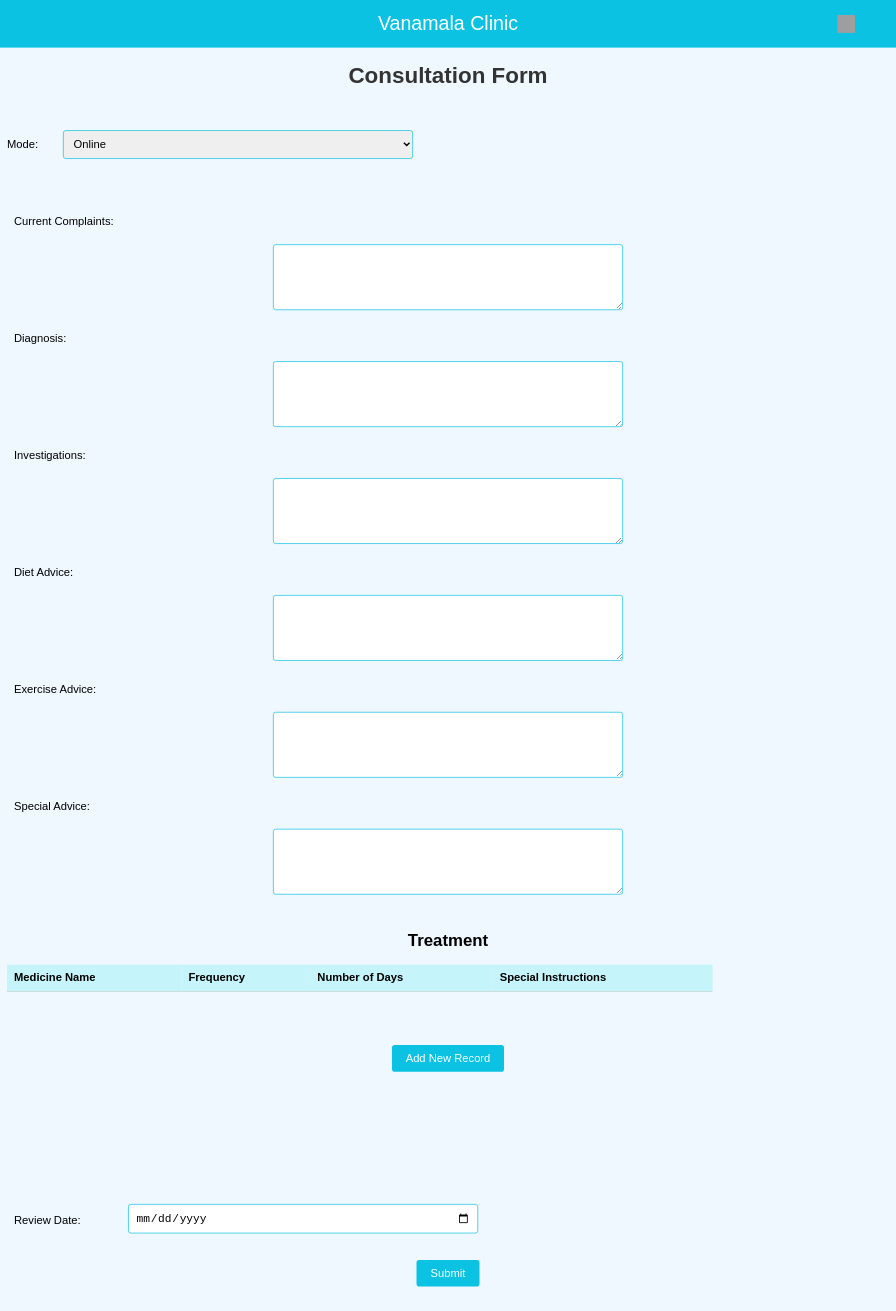
Repository: Praadnya/MEDICAL_CLINIC_WEBSITE
Page: http://localhost/consultation
The author's editor kept a copy of each file at every save. The page is drawn from the files as they stood at one save, then again after the next save.
The browser window is 1280 px wide. The pictures show the whole page, at 70% of full size.
Pictures or frames that could not be fetched are drawn as grey boxes. Some web fonts or font styles are not loaded; a fallback is used. The page is this project's Thymeleaf template; nobody is signed in. The template is opened directly, without the code that normally fills it, so the values that code supplies are empty.

Above is the page before, as saved 2024-06-12 14:10:36.

After the next save:
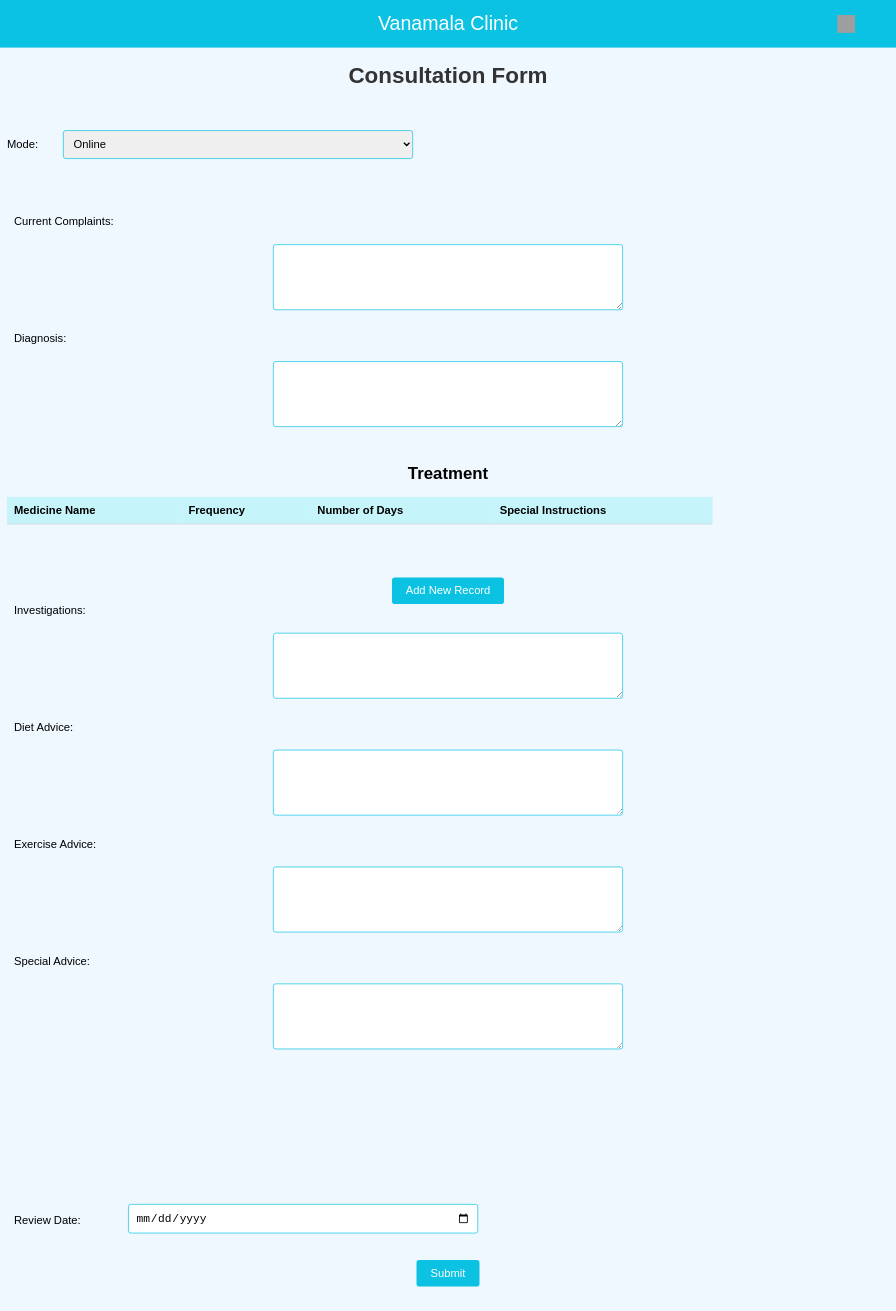
Saved 8 s later.
--- a/demo/src/main/resources/templates/consultation.html
+++ b/demo/src/main/resources/templates/consultation.html
@@ -182,6 +182,20 @@
 				<label for="diagnosis">Diagnosis:</label><br>
 				<textarea id="diagnosis" name="diagnosis" rows="4" cols="50"></textarea><br><br>
 				<!-- Treatment -->
+				<legend><h2>Treatment</h2></legend>
+										    <table id="treatmentTable" style="width: 80%; margin: 0 10% 0 0">
+										        <tr>
+										            <th>Medicine Name</th>
+										            <th>Frequency</th>
+										            <th>Number of Days</th>
+										            <th>Special Instructions</th>
+										            <!--<th>Action</th>-->
+										        </tr>
+										        <!-- Add rows for existing treatment data if needed -->
+										    </table>
+										    <button style="margin: 6% 0 0 0" type="button" onclick="addTreatmentRow()">Add New Record</button>
+
+								        <br>
 
 				<!-- Investigations -->
 				<label for="investigations">Investigations:</label><br>
@@ -197,20 +211,7 @@
 				<textarea id="specialAdvice" name="specialAdvice" rows="4" cols="50"></textarea><br><br>
 						<!-- Review Date -->
 
-				            <legend><h2>Treatment</h2></legend>
-						    <table id="treatmentTable" style="width: 80%; margin: 0 10% 0 0">
-						        <tr>
-						            <th>Medicine Name</th>
-						            <th>Frequency</th>
-						            <th>Number of Days</th>
-						            <th>Special Instructions</th>
-						            <!--<th>Action</th>-->
-						        </tr>
-						        <!-- Add rows for existing treatment data if needed -->
-						    </table>
-						    <button style="margin: 6% 0 0 0" type="button" onclick="addTreatmentRow()">Add New Record</button>
-
-				        <br>
+
 
 						<div style="display: flex; align-items: center; margin: 15% 0 0 0">
 						    <label for="reviewDate" style="width: 100px;">Review Date:</label>
